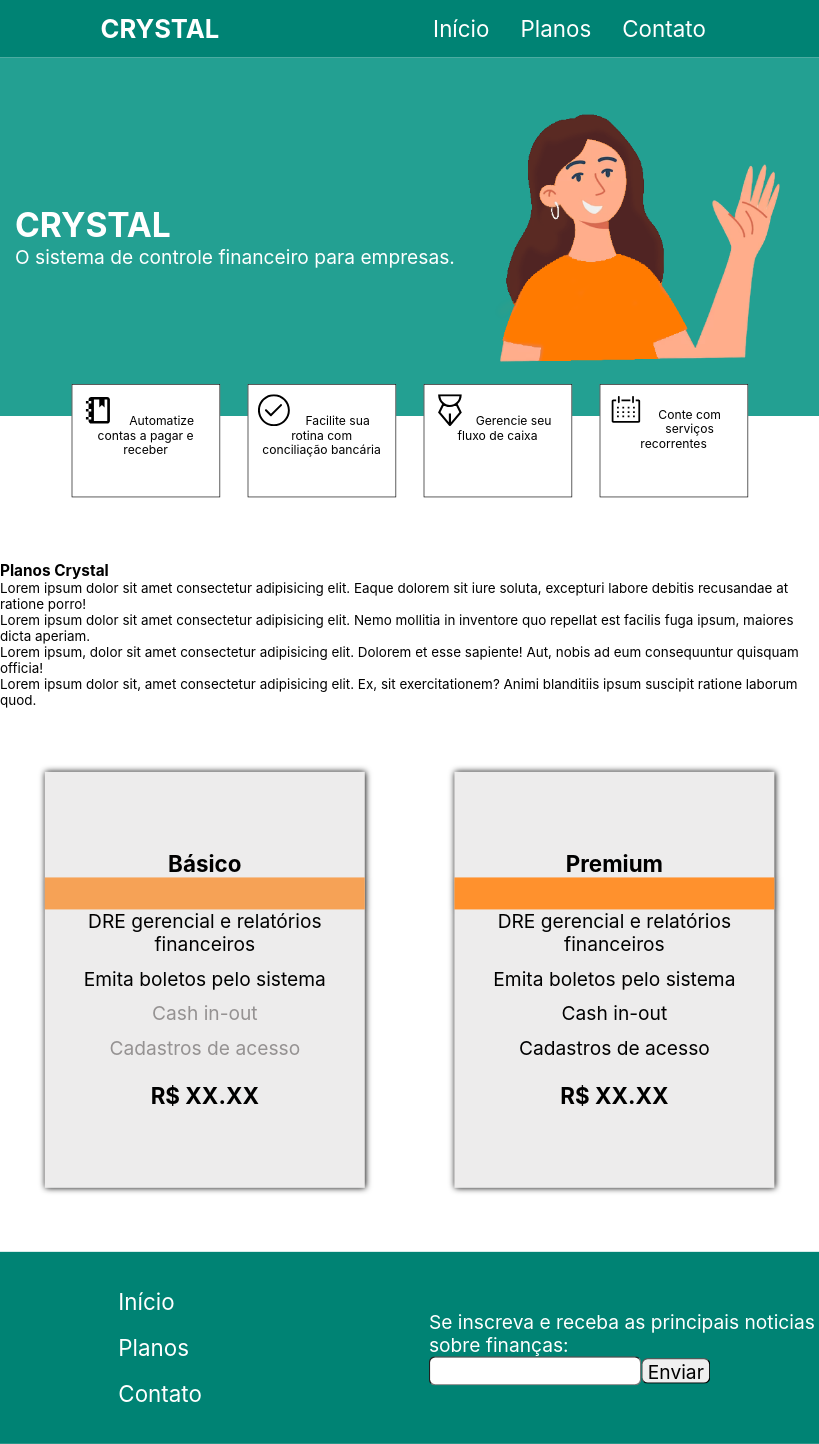
Repository: Matheus904-12/Crystallize
Page: index.html
An editor plug-in stored every save of this project. The page is shown before and after the next save, followed by the edit.
The browser window is 1280 px wide. The pictures show the whole page, at 64% of full size.
Some web fonts or font styles are not loaded; a fallback is used.

Above is the page before, as saved 2023-07-24 20:19:34.

After the next save:
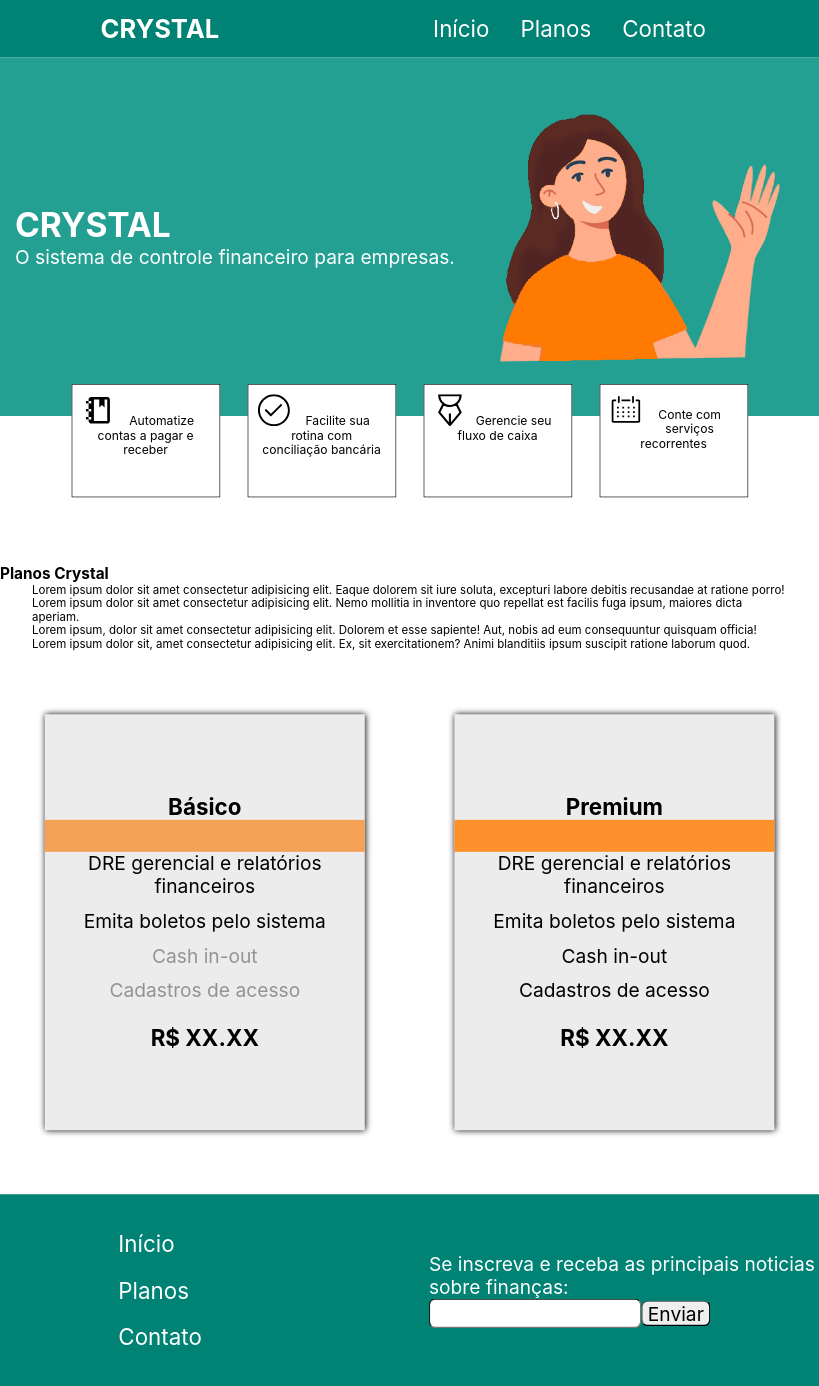
Saved 8 min 17 s later.
--- a/style.css
+++ b/style.css
@@ -107,16 +107,12 @@ html {
 
   .planoTitulo {
     font-size: 24px;
-    width: 100%;
-    text-align: left;
+    margin-top: 5px;
   }
 
   .planoTexto {
-    padding: 0px -49px 0px 50px;
-    font-size: 21px;
-    width: 100%;
-    text-align: left;
-    word-wrap: wrap;
+    padding: 0px 50px 0px 50px;
+    font-size: 18px;
   }
 /* FIM PLANOS */
 
